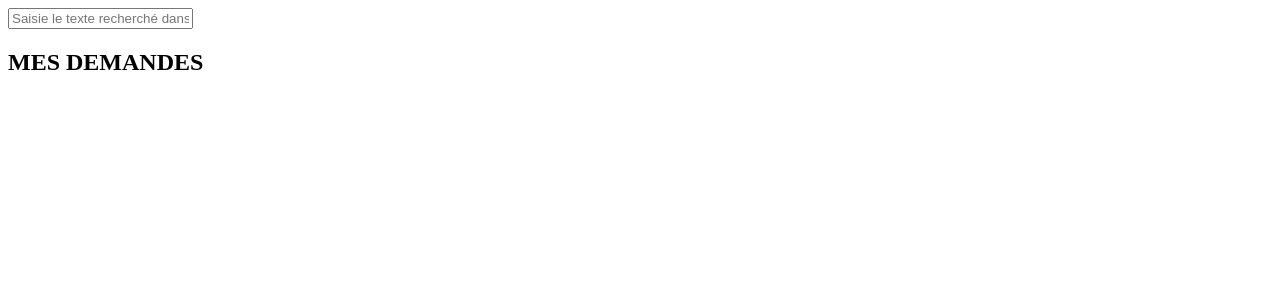
Repository: ProjetManiax/Projet-Maniax
Page: http://localhost/database/application/views/viewDeal.php
The author's editor kept a copy of each file at every save. The page is drawn from the files as they stood at one save, then again after the next save.
The browser window is 1280 px wide. The pictures show the whole page.
The page is run by PHP 8.4 with error messages shown; the project is at /var/www/html/. application/core/MY_Config.php is not in the repository; a stand-in opens the database connection.

Above is the page before, as saved 2018-10-25 03:13:02.
Console error: SyntaxError: Unexpected token '<'

### application/views/viewDeal.php
<!DOCTYPE html>
<html lang="en">
<head>
<meta charset="utf-8" />
    <meta http-equiv="X-UA-Compatible" content="IE=edge">
    <title>Création d'un deal</title>
    <meta name="viewport" content="width=device-width, initial-scale=1">
    <script src='../jQuery/jquery-3.1.1.js'></script>
    <script src='../js/myFunctions.js'></script>
    <link rel="stylesheet" href="../css/bootstrap.min.css">
</head>
<body>
    <div>
        <input type="text" class="col-md-12" placeholder="Saisie le texte recherché dans une offre">
    </div>
    <div>
        <div>
            <h2>MES DEMANDES</h2>
        </div>
        <div>

        </div>
    </div>
    <div>
        <div>

        </div>
        <div>

        </div>
    </div>

</body>
</html>

### index.php
<?php
/**
 * CodeIgniter
 *
 * An open source application development framework for PHP
 *
 * This content is released under the MIT License (MIT)
 *
 * Copyright (c) 2014 - 2018, British Columbia Institute of Technology
 *
 * Permission is hereby granted, free of charge, to any person obtaining a copy
 * of this software and associated documentation files (the "Software"), to deal
 * in the Software without restriction, including without limitation the rights
 * to use, copy, modify, merge, publish, distribute, sublicense, and/or sell
 * copies of the Software, and to permit persons to whom the Software is
 * furnished to do so, subject to the following conditions:
 *
 * The above copyright notice and this permission notice shall be included in
 * all copies or substantial portions of the Software.
 *
 * THE SOFTWARE IS PROVIDED "AS IS", WITHOUT WARRANTY OF ANY KIND, EXPRESS OR
 * IMPLIED, INCLUDING BUT NOT LIMITED TO THE WARRANTIES OF MERCHANTABILITY,
 * FITNESS FOR A PARTICULAR PURPOSE AND NONINFRINGEMENT. IN NO EVENT SHALL THE
 * AUTHORS OR COPYRIGHT HOLDERS BE LIABLE FOR ANY CLAIM, DAMAGES OR OTHER
 * LIABILITY, WHETHER IN AN ACTION OF CONTRACT, TORT OR OTHERWISE, ARISING FROM,
 * OUT OF OR IN CONNECTION WITH THE SOFTWARE OR THE USE OR OTHER DEALINGS IN
 * THE SOFTWARE.
 *
 * @package	CodeIgniter
 * @author	EllisLab Dev Team
 * @copyright	Copyright (c) 2008 - 2014, EllisLab, Inc. (https://ellislab.com/)
 * @copyright	Copyright (c) 2014 - 2018, British Columbia Institute of Technology (http://bcit.ca/)
 * @license	http://opensource.org/licenses/MIT	MIT License
 * @link	https://codeigniter.com
 * @since	Version 1.0.0
 * @filesource
 */

/*
 *---------------------------------------------------------------
 * APPLICATION ENVIRONMENT
 *---------------------------------------------------------------
 *
 * You can load different configurations depending on your
 * current environment. Setting the environment also influences
 * things like logging and error reporting.
 *
 * This can be set to anything, but default usage is:
 *
 *     development
 *     testing
 *     production
 *
 * NOTE: If you change these, also change the error_reporting() code below
 */
	define('ENVIRONMENT', isset($_SERVER['CI_ENV']) ? $_SERVER['CI_ENV'] : 'development');

/*
 *---------------------------------------------------------------
 * ERROR REPORTING
 *---------------------------------------------------------------
 *
 * Different environments will require different levels of error reporting.
 * By default development will show errors but testing and live will hide them.
 */
switch (ENVIRONMENT)
{
	case 'development':
		error_reporting(-1);
		ini_set('display_errors', 1);
	break;

	case 'testing':
	case 'production':
		ini_set('display_errors', 0);
		if (version_compare(PHP_VERSION, '5.3', '>='))
		{
			error_reporting(E_ALL & ~E_NOTICE & ~E_DEPRECATED & ~E_STRICT & ~E_USER_NOTICE & ~E_USER_DEPRECATED);
		}
		else
		{
			error_reporting(E_ALL & ~E_NOTICE & ~E_STRICT & ~E_USER_NOTICE);
		}
	break;

	default:
		header('HTTP/1.1 503 Service Unavailable.', TRUE, 503);
		echo 'The application environment is not set correctly.';
		exit(1); // EXIT_ERROR
}

/*
 *---------------------------------------------------------------
 * SYSTEM DIRECTORY NAME
 *---------------------------------------------------------------
 *
 * This variable must contain the name of your "system" directory.
 * Set the path if it is not in the same directory as this file.
 */
	$system_path = 'system';

/*
 *---------------------------------------------------------------
 * APPLICATION DIRECTORY NAME
 *---------------------------------------------------------------
 *
 * If you want this front controller to use a different "application"
 * directory than the default one you can set its name here. The directory
 * can also be renamed or relocated anywhere on your server. If you do,
 * use an absolute (full) server path.
 * For more info please see the user guide:
 *
 * https://codeigniter.com/user_guide/general/managing_apps.html
 *
 * NO TRAILING SLASH!
 */
	$application_folder = 'application';

/*
 *---------------------------------------------------------------
 * VIEW DIRECTORY NAME
 *---------------------------------------------------------------
 *
 * If you want to move the view directory out of the application
 * directory, set the path to it here. The directory can be renamed
 * and relocated anywhere on your server. If blank, it will default
 * to the standard location inside your application directory.
 * If you do move this, use an absolute (full) server path.
 *
 * NO TRAILING SLASH!
 */
	$view_folder = '';


/*
 * --------------------------------------------------------------------
 * DEFAULT CONTROLLER
 * --------------------------------------------------------------------
 *
 * Normally you will set your default controller in the routes.php file.
 * You can, however, force a custom routing by hard-coding a
 * specific controller class/function here. For most applications, you
 * WILL NOT set your routing here, but it's an option for those
 * special instances where you might want to override the standard
 * routing in a specific front controller that shares a common CI installation.
 *
 * IMPORTANT: If you set the routing here, NO OTHER controller will be
 * callable. In essence, this preference limits your application to ONE
 * specific controller. Leave the function name blank if you need
 * to call functions dynamically via the URI.
 *
 * Un-comment the $routing array below to use this feature
 */
	// The directory name, relative to the "controllers" directory.  Leave blank
	// if your controller is not in a sub-directory within the "controllers" one
	// $routing['directory'] = '';

	// The controller class file name.  Example:  mycontroller
	// $routing['controller'] = '';

	// The controller function you wish to be called.
	// $routing['function']	= '';


/*
 * -------------------------------------------------------------------
 *  CUSTOM CONFIG VALUES
 * -------------------------------------------------------------------
 *
 * The $assign_to_config array below will be passed dynamically to the
 * config class when initialized. This allows you to set custom config
 * items or override any default config values found in the config.php file.
 * This can be handy as it permits you to share one application between
 * multiple front controller files, with each file containing different
 * config values.
 *
 * Un-comment the $assign_to_config array below to use this feature
 */
	// $assign_to_config['name_of_config_item'] = 'value of config item';



// --------------------------------------------------------------------
// END OF USER CONFIGURABLE SETTINGS.  DO NOT EDIT BELOW THIS LINE
// --------------------------------------------------------------------

/*
 * ---------------------------------------------------------------
 *  Resolve the system path for increased reliability
 * ---------------------------------------------------------------
 */

	// Set the current directory correctly for CLI requests
	if (defined('STDIN'))
	{
		chdir(dirname(__FILE__));
	}

	if (($_temp = realpath($system_path)) !== FALSE)
	{
		$system_path = $_temp.DIRECTORY_SEPARATOR;
	}
	else
	{
		// Ensure there's a trailing slash
		$system_path = strtr(
			rtrim($system_path, '/\\'),
			'/\\',
			DIRECTORY_SEPARATOR.DIRECTORY_SEPARATOR
		).DIRECTORY_SEPARATOR;
	}

	// Is the system path correct?
	if ( ! is_dir($system_path))
	{
		header('HTTP/1.1 503 Service Unavailable.', TRUE, 503);
		echo 'Your system folder path does not appear to be set correctly. Please open the following file and correct this: '.pathinfo(__FILE__, PATHINFO_BASENAME);
		exit(3); // EXIT_CONFIG
	}

/*
 * -------------------------------------------------------------------
 *  Now that we know the path, set the main path constants
 * -------------------------------------------------------------------
 */
	// The name of THIS file
	define('SELF', pathinfo(__FILE__, PATHINFO_BASENAME));

	// Path to the system directory
	define('BASEPATH', $system_path);

	// Path to the front controller (this file) directory
	define('FCPATH', dirname(__FILE__).DIRECTORY_SEPARATOR);

	// Name of the "system" directory
	define('SYSDIR', basename(BASEPATH));

	// The path to the "application" directory
	if (is_dir($application_folder))
	{
		if (($_temp = realpath($application_folder)) !== FALSE)
		{
			$application_folder = $_temp;
		}
		else
		{
			$application_folder = strtr(
				rtrim($application_folder, '/\\'),
				'/\\',
				DIRECTORY_SEPARATOR.DIRECTORY_SEPARATOR
			);
		}
	}
	elseif (is_dir(BASEPATH.$application_folder.DIRECTORY_SEPARATOR))
	{
		$application_folder = BASEPATH.strtr(
			trim($application_folder, '/\\'),
			'/\\',
			DIRECTORY_SEPARATOR.DIRECTORY_SEPARATOR
		);
	}
	else
	{
		header('HTTP/1.1 503 Service Unavailable.', TRUE, 503);
		echo 'Your application folder path does not appear to be set correctly. Please open the following file and correct this: '.SELF;
		exit(3); // EXIT_CONFIG
	}

	define('APPPATH', $application_folder.DIRECTORY_SEPARATOR);

	// The path to the "views" directory
	if ( ! isset($view_folder[0]) && is_dir(APPPATH.'views'.DIRECTORY_SEPARATOR))
	{
		$view_folder = APPPATH.'views';
	}
	elseif (is_dir($view_folder))
	{
		if (($_temp = realpath($view_folder)) !== FALSE)
		{
			$view_folder = $_temp;
		}
		else
		{
			$view_folder = strtr(
				rtrim($view_folder, '/\\'),
				'/\\',
				DIRECTORY_SEPARATOR.DIRECTORY_SEPARATOR
			);
		}
	}
	elseif (is_dir(APPPATH.$view_folder.DIRECTORY_SEPARATOR))
	{
		$view_folder = APPPATH.strtr(
			trim($view_folder, '/\\'),
			'/\\',
			DIRECTORY_SEPARATOR.DIRECTORY_SEPARATOR
		);
	}
	else
	{
		header('HTTP/1.1 503 Service Unavailable.', TRUE, 503);
		echo 'Your view folder path does not appear to be set correctly. Please open the following file and correct this: '.SELF;
		exit(3); // EXIT_CONFIG
	}

	define('VIEWPATH', $view_folder.DIRECTORY_SEPARATOR);

/*
 * --------------------------------------------------------------------
 * LOAD THE BOOTSTRAP FILE
 * --------------------------------------------------------------------
 *
 * And away we go...
 */
require_once BASEPATH.'core/CodeIgniter.php';

### application/views/errors/html/error_php.php
<?php
defined('BASEPATH') OR exit('No direct script access allowed');
?>

<div style="border:1px solid #990000;padding-left:20px;margin:0 0 10px 0;">

<h4>A PHP Error was encountered</h4>

<p>Severity: <?php echo $severity; ?></p>
<p>Message:  <?php echo $message; ?></p>
<p>Filename: <?php echo $filepath; ?></p>
<p>Line Number: <?php echo $line; ?></p>

<?php if (defined('SHOW_DEBUG_BACKTRACE') && SHOW_DEBUG_BACKTRACE === TRUE): ?>

	<p>Backtrace:</p>
	<?php foreach (debug_backtrace() as $error): ?>

		<?php if (isset($error['file']) && strpos($error['file'], realpath(BASEPATH)) !== 0): ?>

			<p style="margin-left:10px">
			File: <?php echo $error['file'] ?><br />
			Line: <?php echo $error['line'] ?><br />
			Function: <?php echo $error['function'] ?>
			</p>

		<?php endif ?>

	<?php endforeach ?>

<?php endif ?>

</div>

### application/views/errors/html/error_exception.php
<?php
defined('BASEPATH') OR exit('No direct script access allowed');
?>

<div style="border:1px solid #990000;padding-left:20px;margin:0 0 10px 0;">

<h4>An uncaught Exception was encountered</h4>

<p>Type: <?php echo get_class($exception); ?></p>
<p>Message: <?php echo $message; ?></p>
<p>Filename: <?php echo $exception->getFile(); ?></p>
<p>Line Number: <?php echo $exception->getLine(); ?></p>

<?php if (defined('SHOW_DEBUG_BACKTRACE') && SHOW_DEBUG_BACKTRACE === TRUE): ?>

	<p>Backtrace:</p>
	<?php foreach ($exception->getTrace() as $error): ?>

		<?php if (isset($error['file']) && strpos($error['file'], realpath(BASEPATH)) !== 0): ?>

			<p style="margin-left:10px">
			File: <?php echo $error['file']; ?><br />
			Line: <?php echo $error['line']; ?><br />
			Function: <?php echo $error['function']; ?>
			</p>
		<?php endif ?>

	<?php endforeach ?>

<?php endif ?>

</div>

Loaded but not shown: system/core/CodeIgniter.php (common file); application/config/constants.php (common file); system/core/Common.php (common file); system/core/Benchmark.php (common file); system/core/Hooks.php (common file); system/core/Config.php (common file); system/core/Exceptions.php (common file); system/core/Log.php (common file); application/config/config.php (523 lines, source omitted)

After the next save:
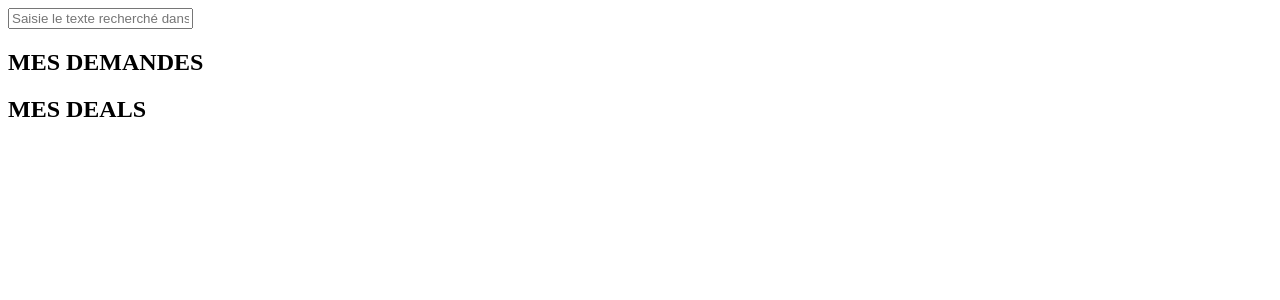
Saved 27 s later.
--- a/application/views/viewDeal.php
+++ b/application/views/viewDeal.php
@@ -18,7 +18,7 @@
             <h2>MES DEMANDES</h2>
         </div>
         <div>
-
+        <h2>MES DEALS</h2>
         </div>
     </div>
     <div>
